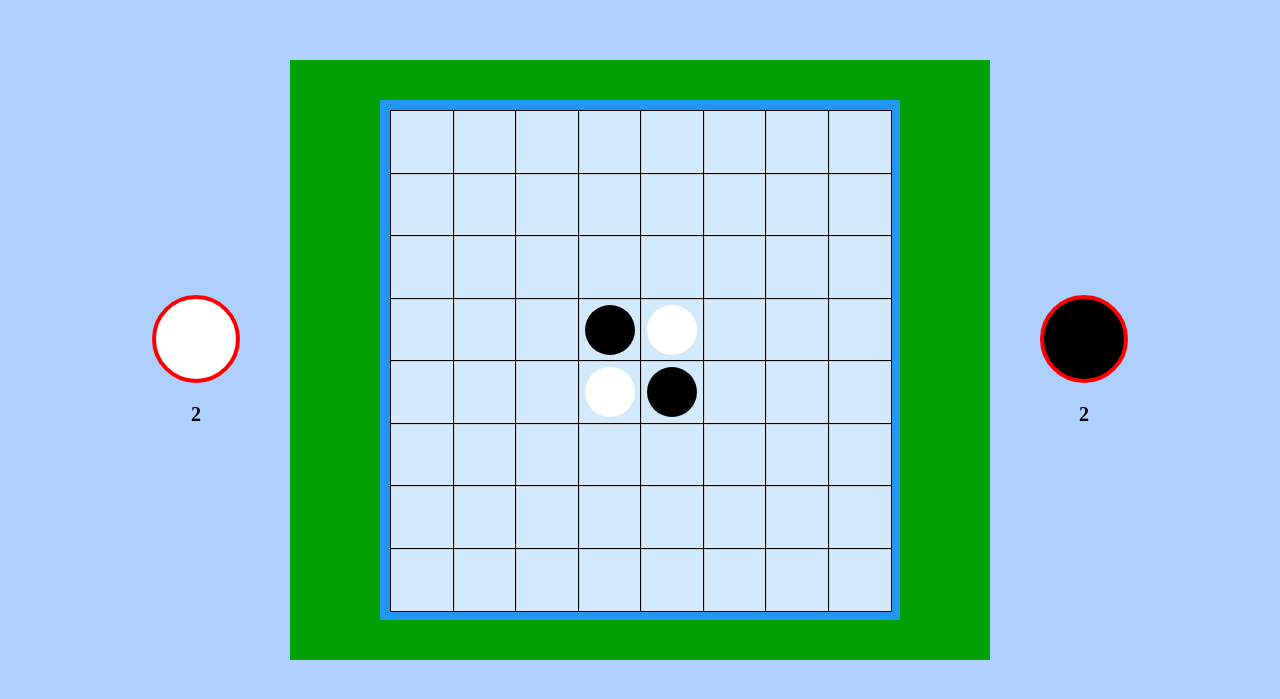
Repository: eliaoucohen72/react-reversi
Page: /
The author's editor kept a copy of each file at every save. The page is drawn from the files as they stood at one save, then again after the next save.
The browser window is 1280 px wide. The pictures show the whole page.
The project was rebuilt for these pictures with package versions that can differ from the ones it lists, and the page was loaded fresh each time. Also part of the build but not shown: vite.config.ts.

Above is the page before, as saved 2024-09-05 17:04:00.

After the next save:
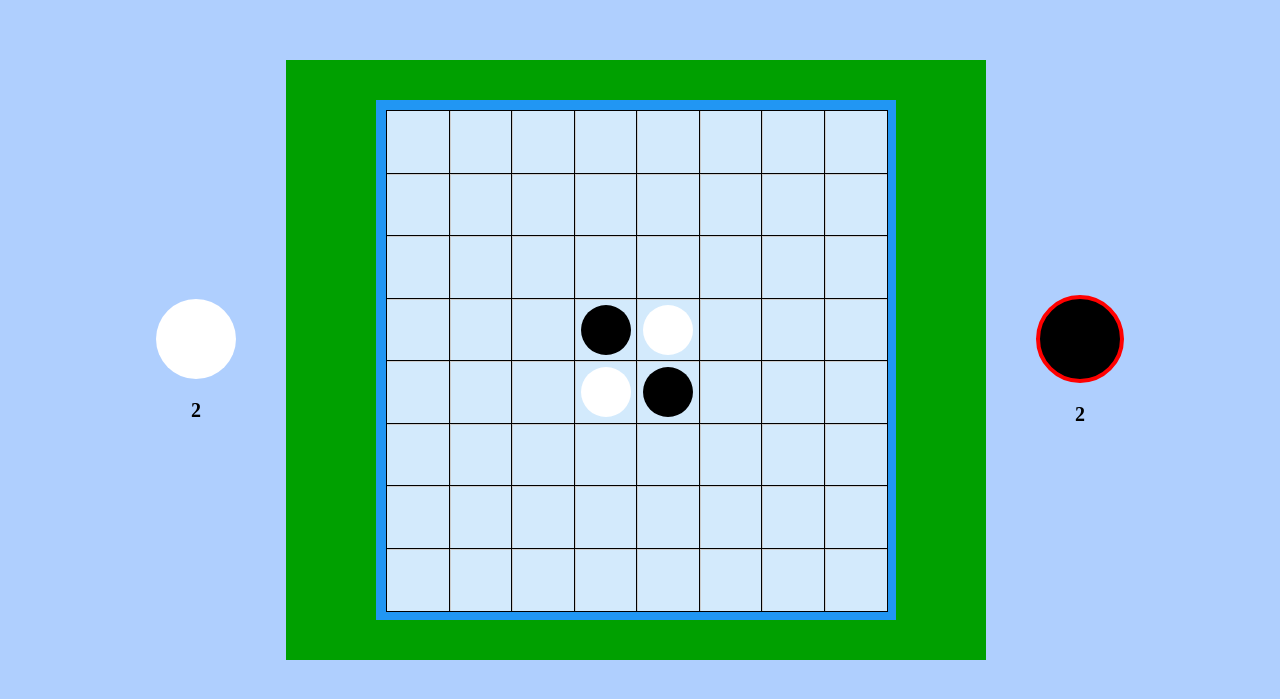
Saved 5 s later.
--- a/src/style.ts
+++ b/src/style.ts
@@ -39,7 +39,7 @@
     height: "80px",
     borderRadius: "44px",
     backgroundColor: player === "white" ? COLORS.WHITE : COLORS.BLACK,
-    border: isCurrentPlayer ? `4px solid ${COLORS.RED}` : `4px solid ${COLORS.RED}`,
+    border: isCurrentPlayer ? `4px solid ${COLORS.RED}` : `4px solid ${COLORS.TRANSPARENT}`,
   }),
   score: {
     fontSize: "20px",

After the save that followed:
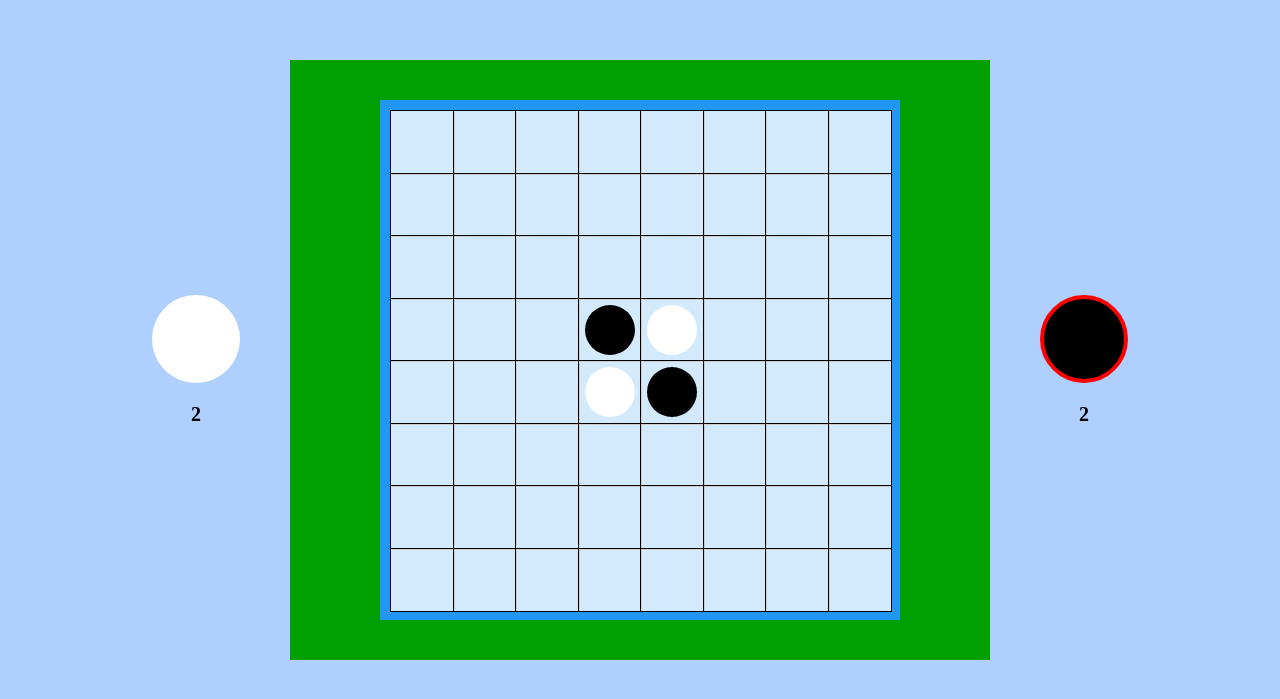
Saved 11 s later.
--- a/src/style.ts
+++ b/src/style.ts
@@ -4,6 +4,7 @@
   WHITE: "white",
   BLACK: "black",
   RED: "red",
+  TRANSPARENT: "transparent",
   BACKGROUND: "#afcffe",
   BOARD: "#00a000",
   BOARD_OUTLINE: "#2196f3",
@@ -32,18 +33,20 @@
     display: "flex",
     flexDirection: "column",
     alignItems: "center",
-    gap: '20px'
+    gap: "20px",
   },
   player: (player: Player, isCurrentPlayer: boolean) => ({
     width: "80px",
     height: "80px",
     borderRadius: "44px",
     backgroundColor: player === "white" ? COLORS.WHITE : COLORS.BLACK,
-    border: isCurrentPlayer ? `4px solid ${COLORS.RED}` : `4px solid ${COLORS.TRANSPARENT}`,
+    border: isCurrentPlayer
+      ? `4px solid ${COLORS.RED}`
+      : `4px solid ${COLORS.TRANSPARENT}`,
   }),
   score: {
     fontSize: "20px",
-    fontWeight: '700'
+    fontWeight: "700",
   },
   board: {
     width: "700px",
